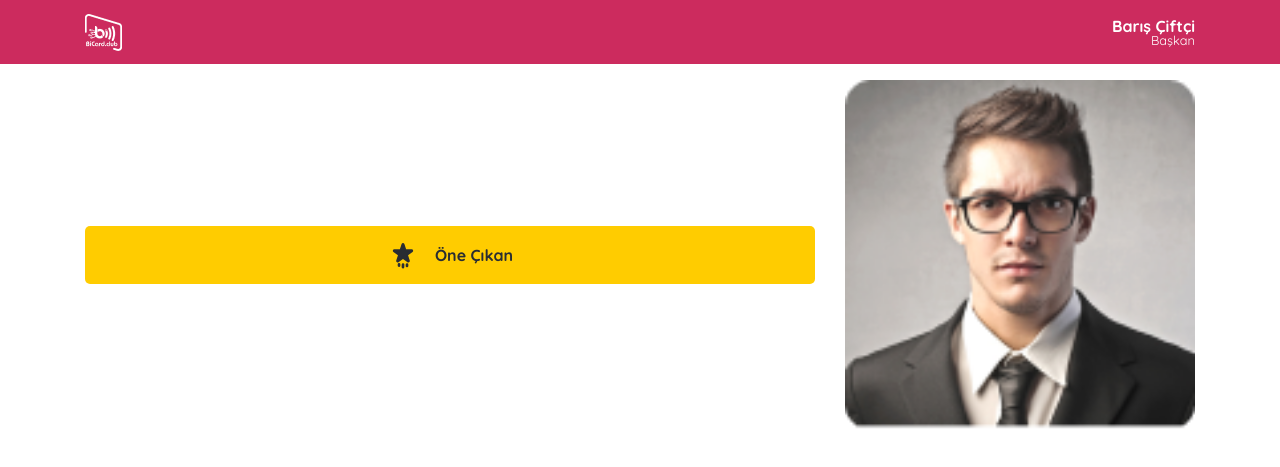
Repository: KayahanKahriman/bicard
Page: index.html
An editor plug-in stored every save of this project. The page is shown before and after the next save, followed by the edit.
The browser window is 1280 px wide. The pictures show the whole page.
The style sheet was rebuilt from its Sass, Less or Tailwind sources for each picture, by a compiler version that may differ from the author's.

Above is the page before, as saved 2021-12-01 12:05:00.

After the next save:
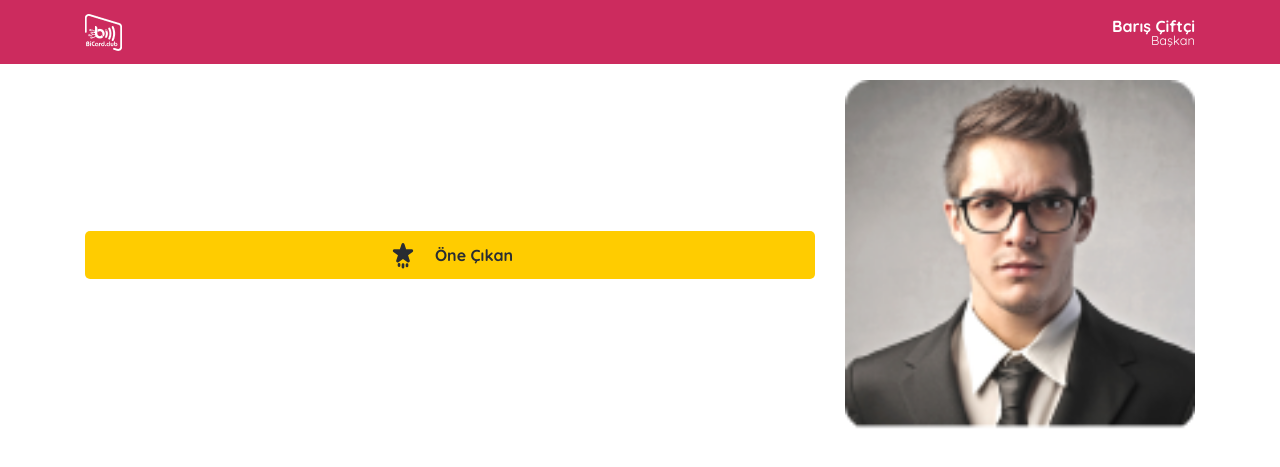
Saved 5 s later.
--- a/assets/scss/_main.scss
+++ b/assets/scss/_main.scss
@@ -48,7 +48,7 @@
 
 .button {
   border-radius: 5px;
-  padding: 0.8em 1em;
+  padding: 0.5em 1em;
   transition: all 0.3s ease-in-out;
 
   &:hover {

After the save that followed:
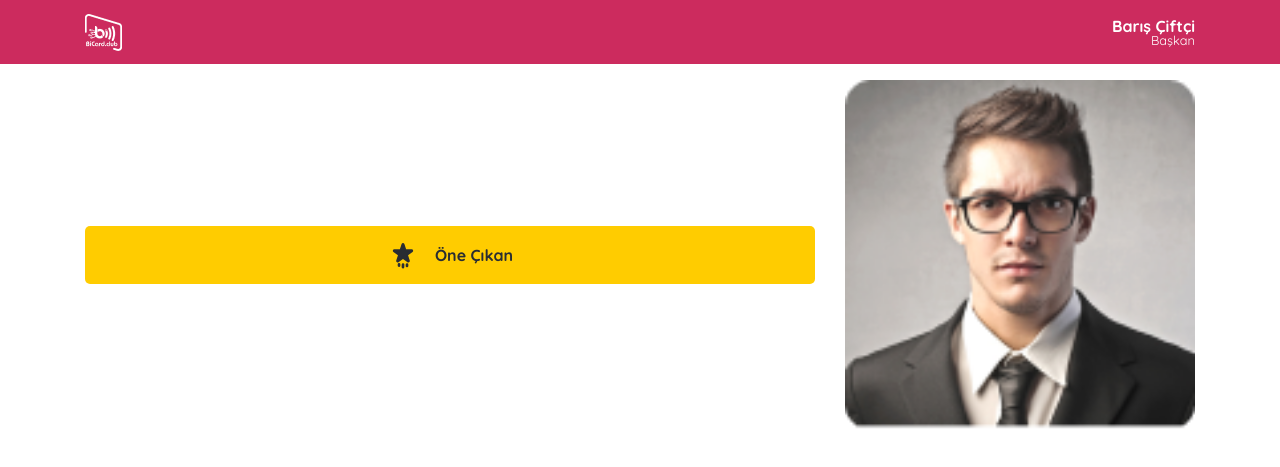
Saved 9 s later.
--- a/assets/scss/_main.scss
+++ b/assets/scss/_main.scss
@@ -67,6 +67,7 @@
 .jumbo-button {
   background-color: var(--secondary-color);
   font-weight: 600;
+  padding: 0.8em 2em;
 
   &:hover {
     background-color: var(--darker-secondary-color);
